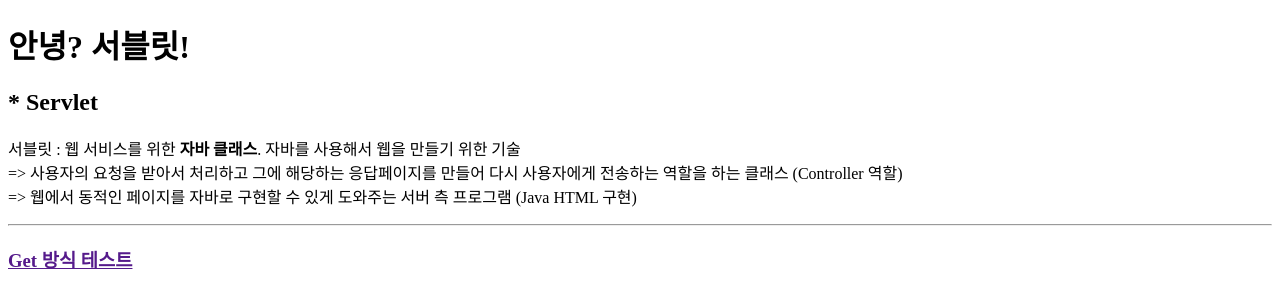
Repository: rsvprzdz/Servlet
Page: 1_servlet/src/main/webapp/index.html
An editor plug-in stored every save of this project. The page is shown before and after the next save, followed by the edit.
The browser window is 1280 px wide. The pictures show the whole page.

Above is the page before, as saved 2024-08-22 02:12:27.

After the next save:
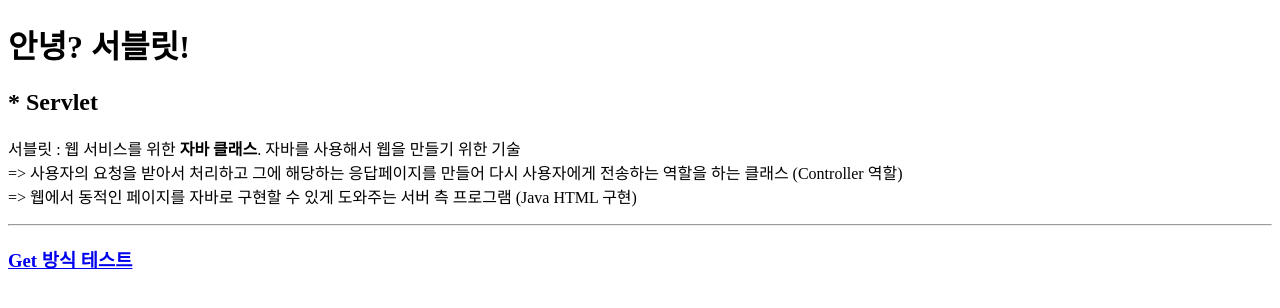
Saved 34 s later.
--- a/1_servlet/src/main/webapp/index.html
+++ b/1_servlet/src/main/webapp/index.html
@@ -17,7 +17,7 @@
 
 	<hr>
 
-	<h3><a href="">Get 방식 테스트</a></h3>
+	<h3><a href="views/requestTest_GET.html">Get 방식 테스트</a></h3>
 
 </body>
 </html>
